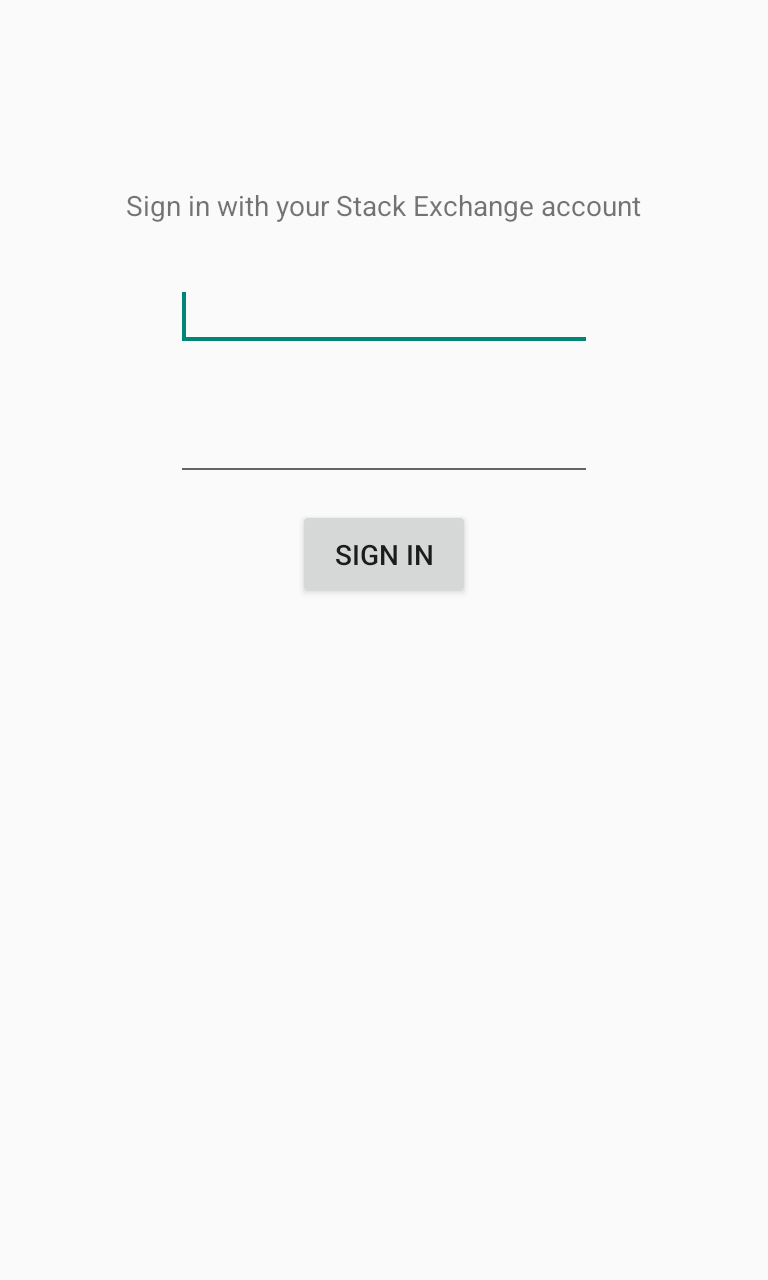
Repository: jayasi/Tag-Overflow
Layout: TagOverflow/res/layout/activity_auth.xml
These files come from the project's save history. The layout is drawn as it stood at one moment and after the next save; the edit follows.
It is drawn on a 768 x 1280 px phone screen (xhdpi) without system bars, with theme AppTheme; the app's code is not run.

Above is the layout before, as saved 2015-02-17 15:06:50.

### TagOverflow/res/layout/activity_auth.xml
<RelativeLayout xmlns:android="http://schemas.android.com/apk/res/android"
    xmlns:tools="http://schemas.android.com/tools"
    android:layout_width="match_parent"
    android:layout_height="match_parent"
    android:paddingBottom="@dimen/activity_vertical_margin"
    android:paddingLeft="@dimen/activity_horizontal_margin"
    android:paddingRight="@dimen/activity_horizontal_margin"
    android:paddingTop="@dimen/activity_vertical_margin"
    tools:context="com.example.tagoverflow.Home" >

    <Button
        android:id="@+id/button1"
        android:layout_width="wrap_content"
        android:layout_height="wrap_content"
        android:layout_below="@+id/textView1"
        android:layout_centerHorizontal="true"
        android:layout_marginTop="141dp"
        android:text="Sign In" />

    <TextView
        android:id="@+id/textView1"
        android:layout_width="wrap_content"
        android:layout_height="wrap_content"
        android:layout_alignParentTop="true"
        android:layout_centerHorizontal="true"
        android:layout_marginTop="77dp"
        android:text="Sign in with your Stack Exchange account" />

    <EditText
        android:id="@+id/email"
        android:layout_width="wrap_content"
        android:layout_height="wrap_content"
        android:layout_below="@+id/textView1"
        android:layout_centerHorizontal="true"
        android:layout_marginTop="24dp"
        android:ems="10"
        android:inputType="textEmailAddress" >
        <requestFocus />
    </EditText>

    <EditText
        android:id="@+id/passsword"
        android:layout_width="wrap_content"
        android:layout_height="wrap_content"
        android:layout_alignLeft="@+id/email"
        android:layout_below="@+id/email"
        android:layout_marginTop="24dp"
        android:ems="10"
        android:inputType="textPassword" />


</RelativeLayout>

Loaded but not shown: TagOverflow/res/values/styles.xml (common file); TagOverflow/res/values-v11/styles.xml (common file); TagOverflow/res/values-v14/styles.xml (common file); TagOverflow/res/values/dimens.xml (common file); TagOverflow/res/values-w820dp/dimens.xml (common file)

After the next save:
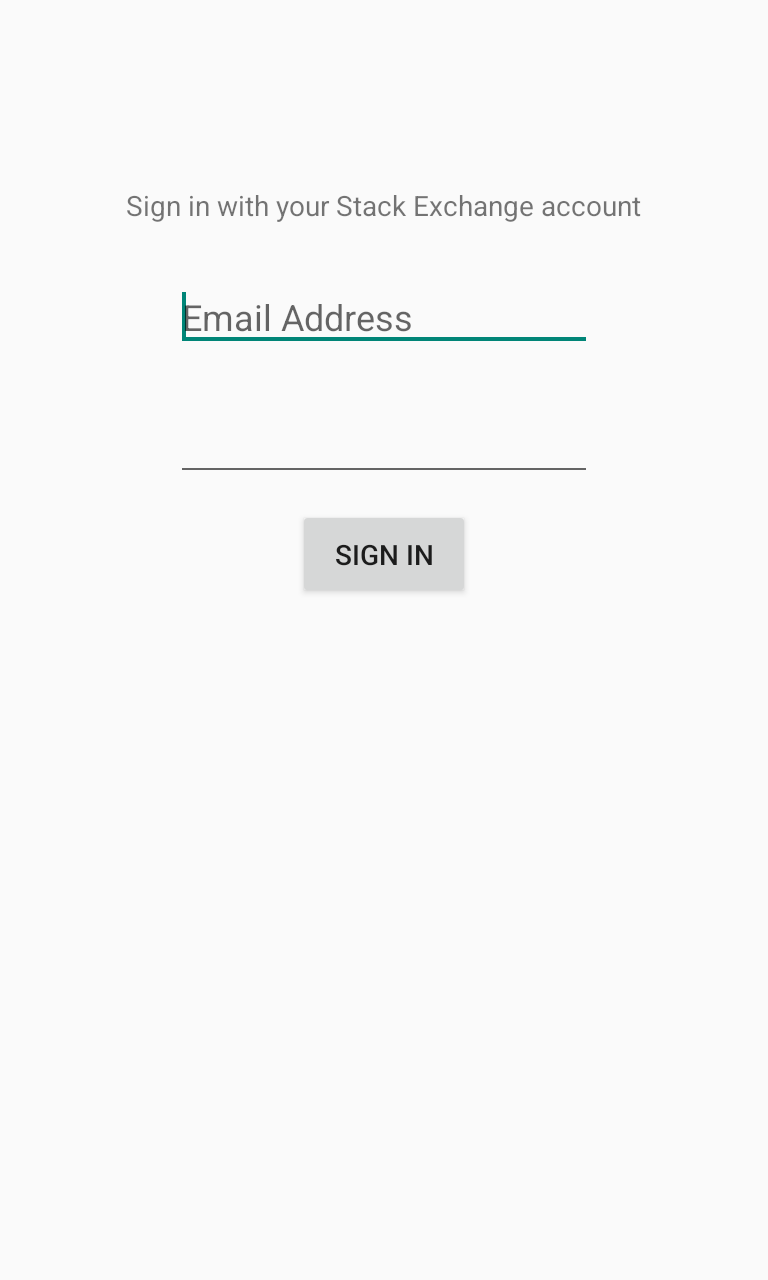
Saved 67 s later.
--- a/TagOverflow/res/layout/activity_auth.xml
+++ b/TagOverflow/res/layout/activity_auth.xml
@@ -32,6 +32,7 @@
         android:layout_height="wrap_content"
         android:layout_below="@+id/textView1"
         android:layout_centerHorizontal="true"
+        android:hint="Email Address"
         android:layout_marginTop="24dp"
         android:ems="10"
         android:inputType="textEmailAddress" >
